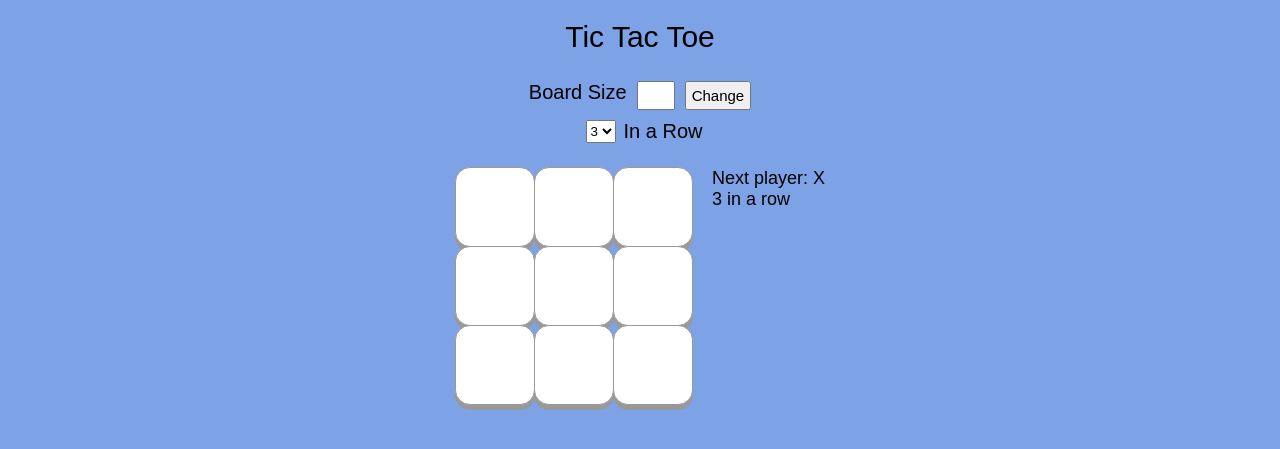
Repository: yshong211/tic-tac-toe-0708
Page: /
The author's editor kept a copy of each file at every save. The page is drawn from the files as they stood at one save, then again after a run of saves.
The browser window is 1280 px wide. The pictures show the whole page.
The project was rebuilt for these pictures with package versions that can differ from the ones it lists, and the page was loaded fresh each time.

Above is the page before, as saved 2020-07-09 10:21:39.

After the next 3 saves:
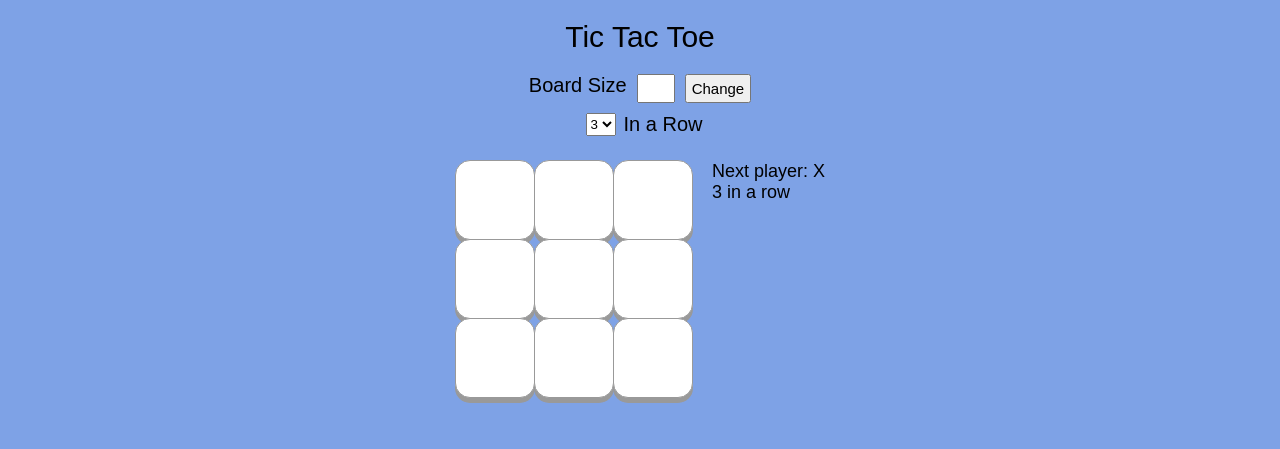
The 3 saves are shown as one change because they came seconds apart.
The last was saved 9 s later.
--- a/src/components/getDim/getDim.css
+++ b/src/components/getDim/getDim.css
@@ -12,7 +12,7 @@ form {
 .game_name {
   font-size:30px;
   text-align: center;
-  margin-bottom:27px;
+  margin-bottom:20px;
 }
 .submit {
   margin-left: 10px;
